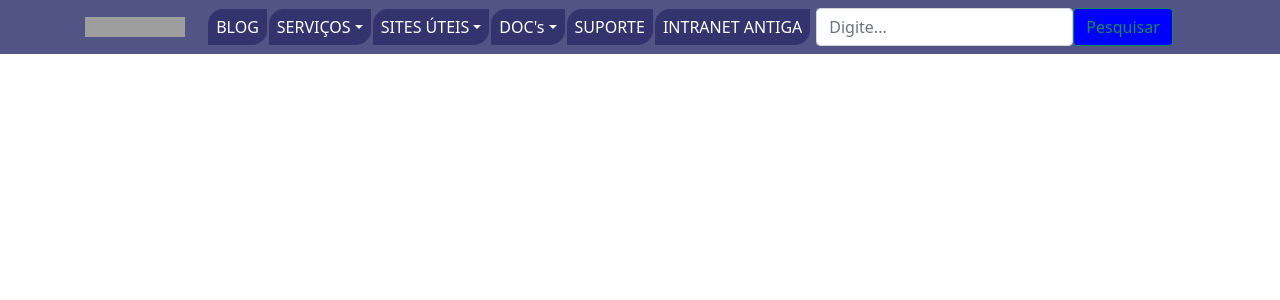
Repository: Leandromarim/INTRANET_PARTICULAR
Page: header.html
These files come from the project's save history. The page is drawn as it stood at one moment and after the next save; the edit follows.
The browser window is 1280 px wide. The pictures show the whole page.
Pictures or frames that could not be fetched are drawn as grey boxes.

Above is the page before, as saved 2021-12-14 10:52:34.

After the next save:
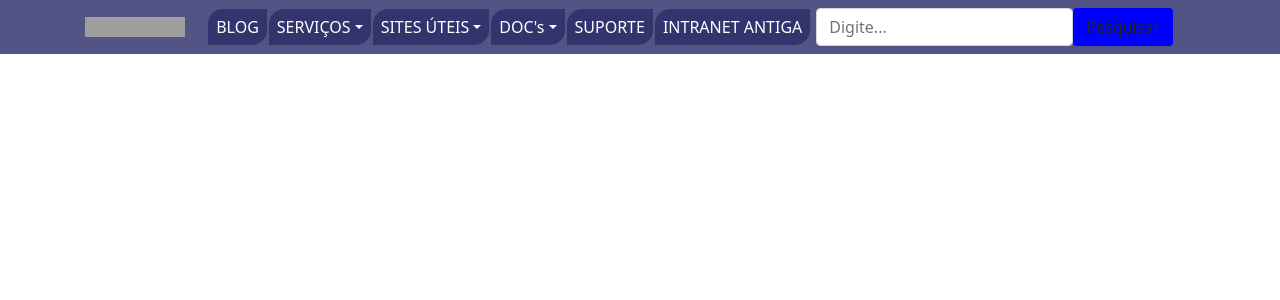
Saved 8 s later.
--- a/header.html
+++ b/header.html
@@ -94,7 +94,7 @@
                 </li>
                 <form class="d-flex">
                     <input class="form-control mr-sm-2" type="search" placeholder="Digite..." aria-label="Search">
-                    <button class="btn btn-outline-success button-pesquisar" type="submit">Pesquisar</button>
+                    <button class="btn btn button-pesquisar" type="submit">Pesquisar</button>
                 </form>
             </ul>
         </section>

After the 2 saves that followed:
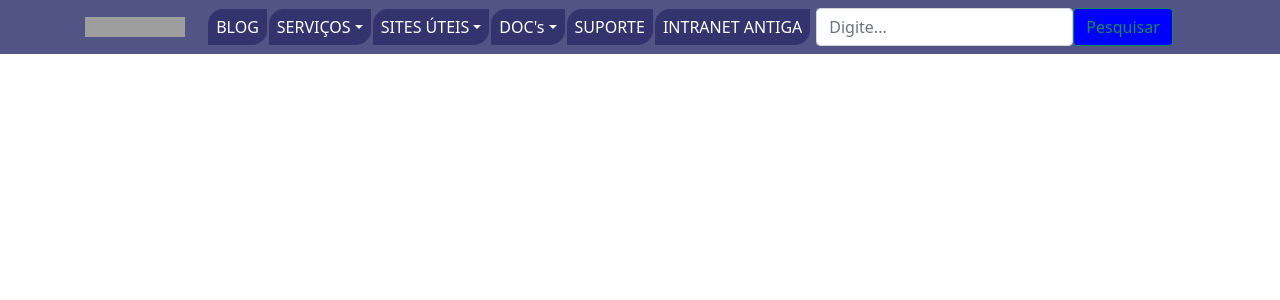
The 2 saves are shown as one change because 1 left the picture as it was.
The last was saved 15 s later.
--- a/header.html
+++ b/header.html
@@ -94,7 +94,7 @@
                 </li>
                 <form class="d-flex">
                     <input class="form-control mr-sm-2" type="search" placeholder="Digite..." aria-label="Search">
-                    <button class="btn btn button-pesquisar" type="submit">Pesquisar</button>
+                    <button class="btn btn-outline-success button-pesquisar" type="submit">Pesquisar</button>
                 </form>
             </ul>
         </section>
